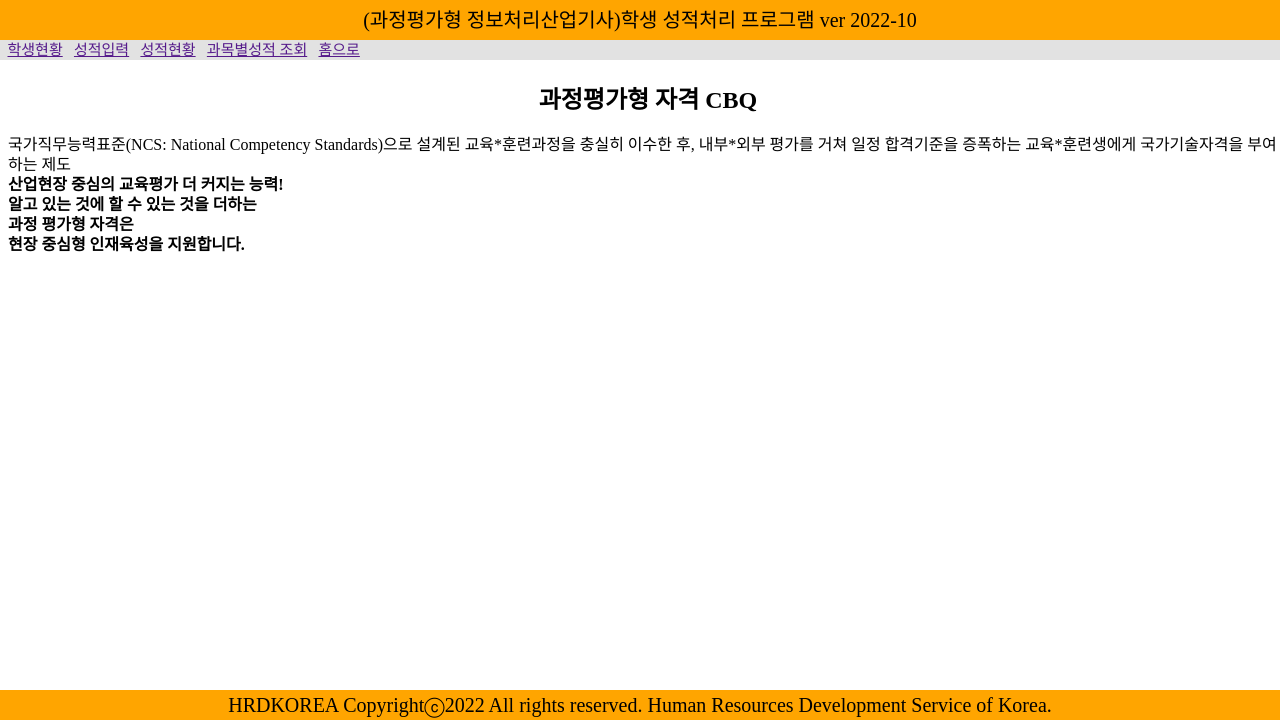
Repository: YeoJeongmo/hrdKorea
Page: http://localhost/HRD_01/
These files come from the project's save history. The page is drawn as it stood at one moment and after the next save; the edit follows.
The browser window is 1280 px wide. The pictures show the whole page.
The page is served by Tomcat 9.

Above is the page before, as saved 2024-09-02 11:41:20.

After the next save:
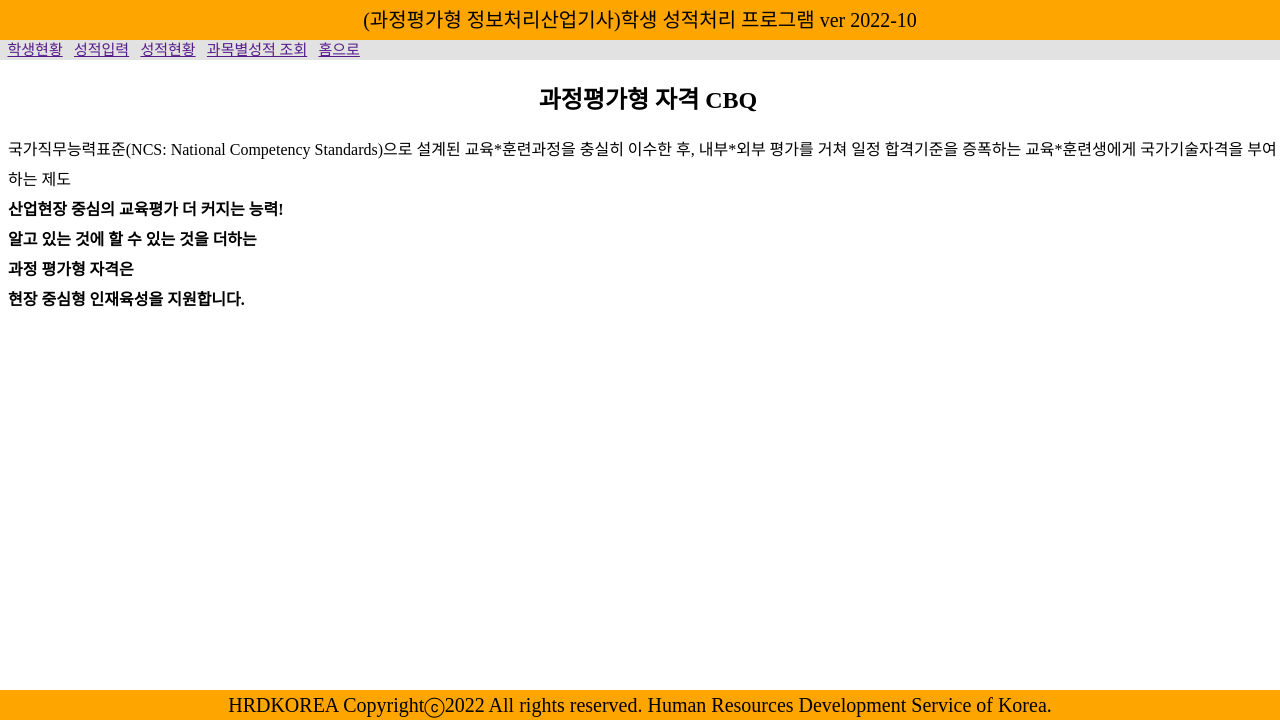
Saved 9 s later.
--- a/cbq_02/workspace/HRD_01/src/main/webapp/index.jsp
+++ b/cbq_02/workspace/HRD_01/src/main/webapp/index.jsp
@@ -11,7 +11,7 @@
 
 <section style="position: fixed; top: 60px; width: 100%;">
 	<h2 style="text-align: center;">과정평가형 자격 CBQ</h2>
-	<p style="line-height: 20px">
+	<p style="line-height: 30px;">
 	국가직무능력표준(NCS: National Competency Standards)으로 설계된 교육*훈련과정을 충실히 이수한 후, 내부*외부 평가를 거쳐 일정 합격기준을 증폭하는 교육*훈련생에게 국가기술자격을 부여하는 제도<br>
 	<b>산업현장 중심의 교육평가 더 커지는 능력!<br>
 	알고 있는 것에 할 수 있는 것을 더하는<br>
